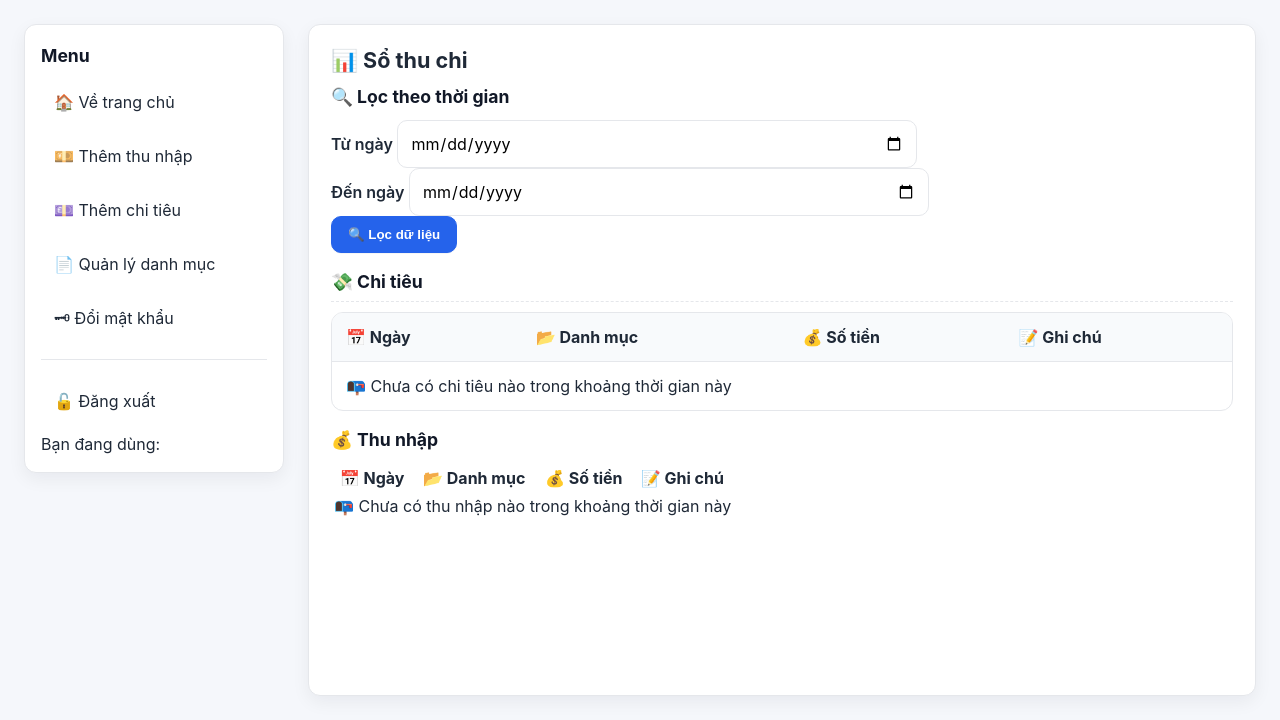
Repository: minhtvpy00202-git/KyThuatPhanMem_PY00202_MinhTV
Page: http://localhost/MiniExpense/WEB-INF/views/home.jsp
The author's editor kept a copy of each file at every save. The page is drawn from the files as they stood at one save, then again after the next save.
The browser window is 1280 px wide. The pictures show the whole page.
The page is served by Tomcat 10. Nobody is signed in. Other server files are loaded and not shown. The template is opened directly, without the code that normally fills it, so the values that code supplies are empty.

Above is the page before, as saved 2025-10-17 19:37:58.

### Source code/MiniExpense/src/main/webapp/WEB-INF/views/home.jsp
<%@ page contentType="text/html; charset=UTF-8" %>
<%@ taglib prefix="fmt" uri="jakarta.tags.fmt" %>

<%
  request.setAttribute("pageTitle", "Trang chủ");
  request.setAttribute("body", "/WEB-INF/views/partials/home-body.jsp");
%>
<jsp:include page="/WEB-INF/views/layout.jsp"/>

### Source code/MiniExpense/src/main/webapp/WEB-INF/views/layout.jsp
<%@ page contentType="text/html; charset=UTF-8" %>
<%@ taglib prefix="c" uri="jakarta.tags.core" %>
<!DOCTYPE html>
<html lang="vi">
<head>
  <meta charset="UTF-8">
  <title><c:out value="${pageTitle != null ? pageTitle : 'Mini Expense'}"/></title>
  <meta name="viewport" content="width=device-width, initial-scale=1.0">
  <link rel="stylesheet" href="${pageContext.request.contextPath}/css/app.css">



</head>
<body>
  <div class="layout">
    <aside class="sidebar">
      <h3>Menu</h3>
      <nav class="menu">
      <!-- Nút về trang chủ -->
      <a href="${pageContext.request.contextPath}/home">🏠 Về trang chủ</a>

      <!-- Các mục thao tác -->
      <a href="${pageContext.request.contextPath}/tx/new?type=INCOME">💴 Thêm thu nhập</a>
      <a href="${pageContext.request.contextPath}/tx/new?type=EXPENSE">💷 Thêm chi tiêu</a>
      <a href="${pageContext.request.contextPath}/categories">📄 Quản lý danh mục</a>
      <a href="${pageContext.request.contextPath}/change-password">🗝 Đổi mật khẩu</a>
      <hr>
      <a href="${pageContext.request.contextPath}/logout">🔓 Đăng xuất</a>
      <div class="muted">Bạn đang dùng: <c:out value="${sessionScope.user != null ? sessionScope.user.username : ''}"/></div>
    	</nav>
    </aside>
<section class="content">
    <main>
      <jsp:include page="${body}"/>
    </main>
    </section>
  </div>
</body>
</html>

### Source code/MiniExpense/src/main/webapp/WEB-INF/views/partials/home-body.jsp
<%@ page contentType="text/html; charset=UTF-8"%>
<%@ taglib prefix="c" uri="jakarta.tags.core"%>
<%@ taglib prefix="fmt" uri="jakarta.tags.fmt"%>

<div class="container">
  <h2 >📊 Sổ thu chi</h2>

  <div class="compact-form">
    <h3 class="form-title">🔍 Lọc theo thời gian</h3>
    <form method="get" action="${pageContext.request.contextPath}/home" class="form-horizontal">
      <div class="form-group">
        <label class="form-label">Từ ngày</label>
        <input type="date" name="from" value="${from}" class="form-control">
      </div>
      <div class="form-group">
        <label class="form-label">Đến ngày</label>
        <input type="date" name="to" value="${to}" class="form-control">
      </div>
      <div class="form-group">
        <button type="submit" class="btn btn-primary">
          🔍 Lọc dữ liệu
        </button>
      </div>
    </form>
  </div>

  <div class="full-width-table">
    <div class="table-header">
    <div class="section">
      <h3>💸 Chi tiêu</h3>

    </div>
    <div class="table-container">
      <table class="table">
        <thead>
          <tr>
            <th>📅 Ngày</th>
            <th>📂 Danh mục</th>
            <th>💰 Số tiền</th>
            <th>📝 Ghi chú</th>
          </tr>
        </thead>
        <tbody>
          <c:forEach var="t" items="${expense}">
            <tr>
              <td ><fmt:formatDate value="${t.txDay}" pattern="dd/MM/yyyy"/></td>
              <td>

                  ${t.categoryName}

              </td>
              <td >
                -<fmt:formatNumber value="${t.amount}" pattern="#,##0.##" /> ₫
              </td>
              <td >${t.notes}</td>
            </tr>
          </c:forEach>
          <c:if test="${empty expense}">
            <tr>
              <td colspan="4" >
                📭 Chưa có chi tiêu nào trong khoảng thời gian này
              </td>
            </tr>
          </c:if>
        </tbody>
      </table>
    </div>
  </div>
</div>
  <div class="full-width-table">
    <div class="table-header">
      <h3>💰 Thu nhập</h3>
    </div>
    <div class="table-container">
      <table>
        <thead>
          <tr>
            <th>📅 Ngày</th>
            <th>📂 Danh mục</th>
            <th>💰 Số tiền</th>
            <th>📝 Ghi chú</th>
          </tr>
        </thead>
        <tbody>
          <c:forEach var="t" items="${income}">
            <tr>
              <td ><fmt:formatDate value="${t.txDay}" pattern="dd/MM/yyyy"/></td>
              <td>
                <span >
                  ${t.categoryName}
                </span>
              </td>
              <td >
                +<fmt:formatNumber value="${t.amount}" pattern="#,##0.##" /> ₫
              </td>
              <td >${t.notes}</td>
            </tr>
          </c:forEach>
          <c:if test="${empty income}">
            <tr>
              <td colspan="4" >
                📭 Chưa có thu nhập nào trong khoảng thời gian này
              </td>
            </tr>
          </c:if>
        </tbody>
      </table>
    </div>
  </div>
</div>

### Source code/MiniExpense/src/main/webapp/css/app.css
@charset "UTF-8";
/* ================================
   RESET + THEME TOKENS
================================= */
:root{
  --bg: #f5f7fb;
  --panel: #ffffff;
  --text: #1f2937;
  --muted: #6b7280;
  --primary: #2563eb;
  --primary-600:#1d4ed8;
  --border:#e5e7eb;
  --ring: rgba(37,99,235,.18);
  --success:#16a34a;
  --danger:#dc2626;
  --warning:#d97706;
  --radius: 12px;
  --shadow: 0 6px 18px rgba(16,24,40,.06);
}

*{box-sizing:border-box}
html,body{height:100%}
html{-webkit-text-size-adjust:100%}
body{
  margin:0;
  font-family: Inter, system-ui, -apple-system, "Segoe UI", Roboto, "Helvetica Neue", Arial, "Noto Sans", sans-serif;
  color:var(--text);
  background:var(--bg);
  line-height:1.5;
}

/* Links */
a{color:var(--primary);text-decoration:none}
a:hover{text-decoration:underline}

/* Headings */
h1,h2,h3{margin:0 0 .75rem;line-height:1.25}
h1{font-size:1.75rem}
h2{font-size:1.35rem}
h3{font-size:1.1rem;color:#111827}

/* ================================
   LAYOUT (Sidebar + Content)
================================= */
.layout{
  min-height:100vh;
  display:grid;
  grid-template-columns: 260px 1fr;
  gap:24px;
  padding:24px;
}

.sidebar{
  position:sticky; top:24px;
  align-self:start;
  background:var(--panel);
  border:1px solid var(--border);
  border-radius:var(--radius);
  box-shadow:var(--shadow);
  padding:16px;
}

.sidebar h3{
  margin:4px 0 12px;
  font-weight:700;
}

.menu{
  display:flex;
  flex-direction:column;
  gap:8px;
}
.menu a{
  display:flex; align-items:center; gap:10px;
  padding:10px 12px;
  border-radius:10px;
  color:var(--text);
  border:1px solid transparent;
}
.menu a:hover{
  background:#f3f6ff;
  border-color:#e3eaff;
  text-decoration:none;
}
.menu hr{
  border:0;height:1px;background:var(--border);
  margin:10px 0;
}
.sidebar .user{
  margin-top:8px;
  font-size:.875rem; color:var(--muted);
}

.content{
  background:var(--panel);
  border:1px solid var(--border);
  border-radius:var(--radius);
  box-shadow:var(--shadow);
  padding:22px;
}

/* Page section header */
.page-header{
  display:flex;align-items:center;justify-content:space-between;
  margin-bottom:14px;
}

/* ================================
   FORMS
================================= */
form{margin:10px 0 16px}
label{display:inline-block;margin:6px 0;font-weight:600}

input[type="text"],
input[type="password"],
input[type="number"],
input[type="date"],
select, textarea{
  width:min(520px,100%);
  padding:10px 12px;
  border:1px solid var(--border);
  border-radius:10px;
  background:#fff;
  outline:none;
  font:inherit;
  transition:border-color .15s ease, box-shadow .15s ease;
}
textarea{min-height:96px;resize:vertical}

input:focus, select:focus, textarea:focus{
  border-color:var(--primary);
  box-shadow:0 0 0 4px var(--ring);
}

/* Inline form row */
.form-row{display:flex;gap:10px;flex-wrap:wrap;align-items:center}

/* Buttons */
button, .btn{
  appearance:none; cursor:pointer;
  border:1px solid var(--primary);
  background:var(--primary);
  color:#fff;
  padding:10px 16px;
  border-radius:10px;
  font-weight:700;
  box-shadow:0 1px 0 rgba(0,0,0,.04);
}
button:hover,.btn:hover{background:var(--primary-600);border-color:var(--primary-600)}
.btn.secondary{background:#fff;color:var(--text);border-color:var(--border)}
.btn.danger{background:var(--danger);border-color:var(--danger)}
.btn.success{background:var(--success);border-color:var(--success)}

/* Button group inside table row */
.table-actions{display:flex;gap:8px}
.table-actions form{margin:0}

/* ================================
   TABLES
================================= */
.table{
  width:100%;
  border-collapse:separate;
  border-spacing:0;
  border:1px solid var(--border);
  border-radius:12px;
  overflow:hidden;
  margin:10px 0 18px;
}
.table th, .table td{
  padding:12px 14px;
  border-bottom:1px solid var(--border);
  vertical-align:top;
}
.table th{
  background:#f8fafc;
  text-align:left;
  font-weight:700;
}
.table tr:last-child td{border-bottom:0}
.table td.num{text-align:right}
.table .empty{
  text-align:center; color:var(--muted); font-style:italic;
}

/* Section titles like 'Chi tiêu', 'Thu nhập' */
.section{
  margin-top:18px;
}
.section h3{
  display:flex; align-items:center; gap:10px;
  padding-bottom:8px;
  border-bottom:1px dashed var(--border);
  margin-bottom:10px;
}

/* Flash messages */
.flash{
  margin:10px 0 14px;
  padding:12px 14px;
  border-radius:10px;
  border:1px solid var(--border);
  background:#f9fafb;
}
.flash.success{background:#ecfdf5;border-color:#bbf7d0;color:#065f46}
.flash.error{background:#fef2f2;border-color:#fecaca;color:#991b1b}
.flash.info{background:#eff6ff;border-color:#bfdbfe;color:#1e40af}

/* Login card (nếu login không dùng layout) */
.login-card{
  max-width:420px;margin:12vh auto;padding:28px;
  background:var(--panel);border:1px solid var(--border);
  border-radius:16px; box-shadow:var(--shadow);
}
.login-card h2{text-align:center;margin-bottom:12px}

/* Utilities */
.m-0{margin:0}.mt-8{margin-top:8px}.mt-16{margin-top:16px}.mb-8{margin-bottom:8px}.mb-16{margin-bottom:16px}
.grid{display:grid;gap:12px}
.right{text-align:right}

/* ================================
   RESPONSIVE
================================= */
@media (max-width: 992px){
  .layout{grid-template-columns:1fr;padding:16px}
  .sidebar{position:static;height:auto}
}

After the next save:
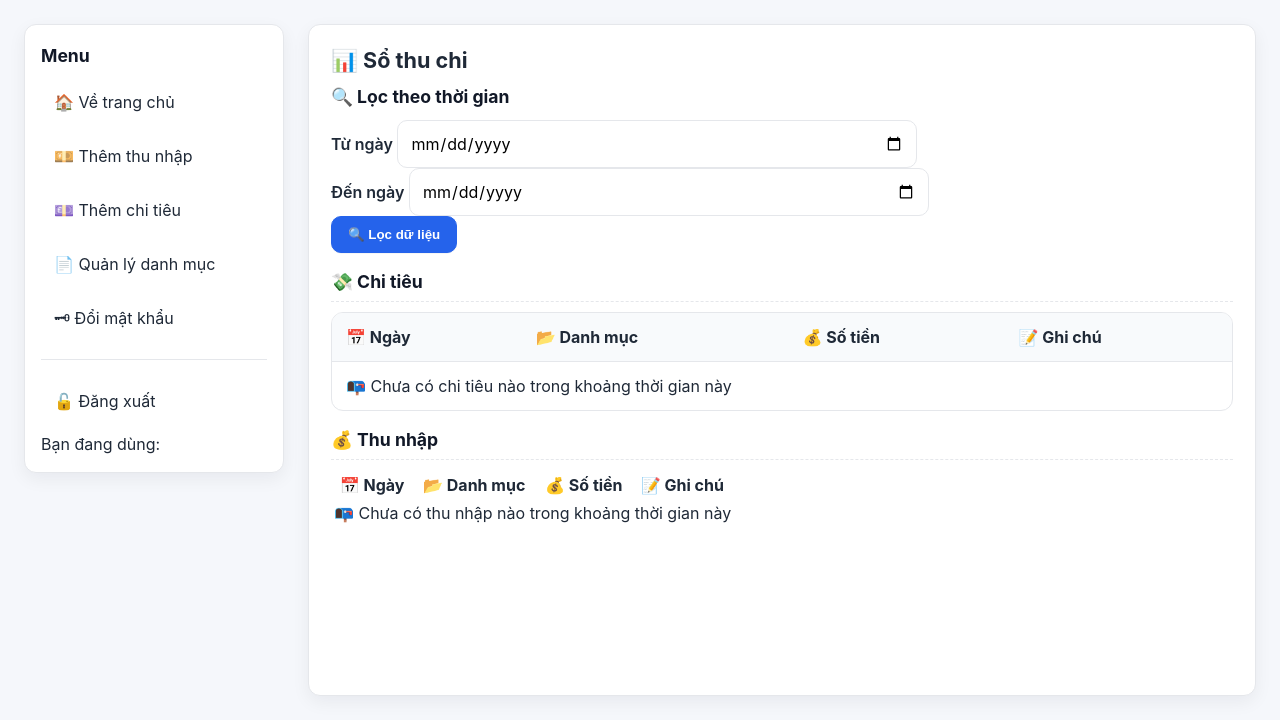
Saved 18 s later.
--- a/Source code/MiniExpense/src/main/webapp/WEB-INF/views/partials/home-body.jsp
+++ b/Source code/MiniExpense/src/main/webapp/WEB-INF/views/partials/home-body.jsp
@@ -69,6 +69,7 @@
 </div>
   <div class="full-width-table">
     <div class="table-header">
+    <div class="section">
       <h3>💰 Thu nhập</h3>
     </div>
     <div class="table-container">
